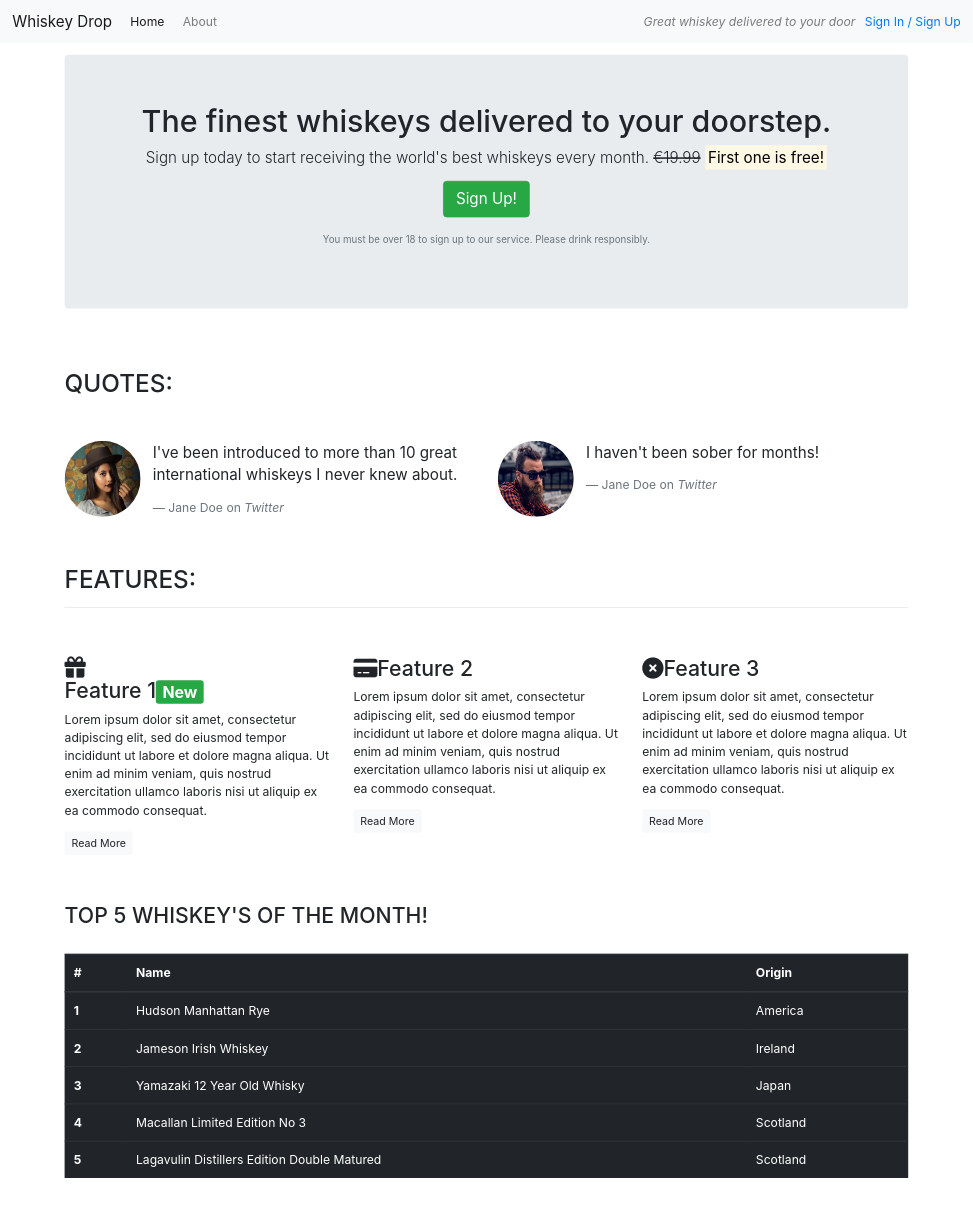
Repository: ClaireRoberts1403/Whiskey-Drop
Page: index.html
The author's editor kept a record of every edit. The page is drawn from the files as they stood at one moment, then again after the next edit.
The browser window is 1280 px wide. The pictures show the whole page, at 76% of full size.
Some web libraries are served in a nearby version.

Above is the page before.

After the next edit:
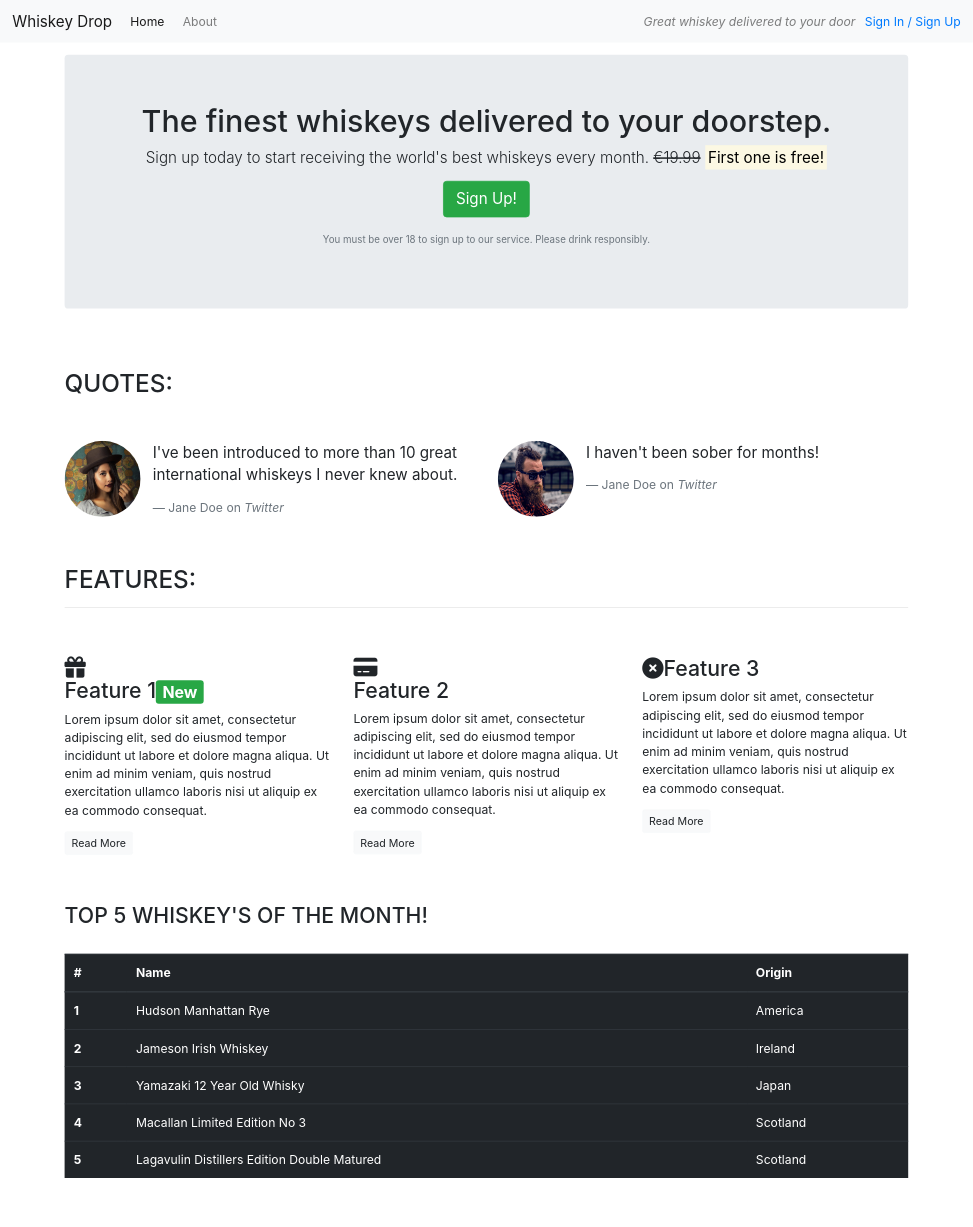
The edit:
--- a/index.html
+++ b/index.html
@@ -99,7 +99,7 @@
                 </div>
                 <div class="col-12 col-md-6 col-lg-4">
                     <div class="feature">
-                        <h3><i class="fas fa-credit-card"></i>Feature 2</h3>
+                        <h3><i class="fas fa-credit-card d-none d-sm-block"></i>Feature 2</h3>
                         <p>Lorem ipsum dolor sit amet, consectetur adipiscing elit, sed do eiusmod tempor incididunt ut labore et dolore magna aliqua. Ut enim ad minim veniam, quis nostrud exercitation ullamco laboris nisi ut aliquip ex ea commodo consequat.</p>
                         <p><a class="btn btn-sm btn-light" href="">Read More</a></p>
                     </div>
